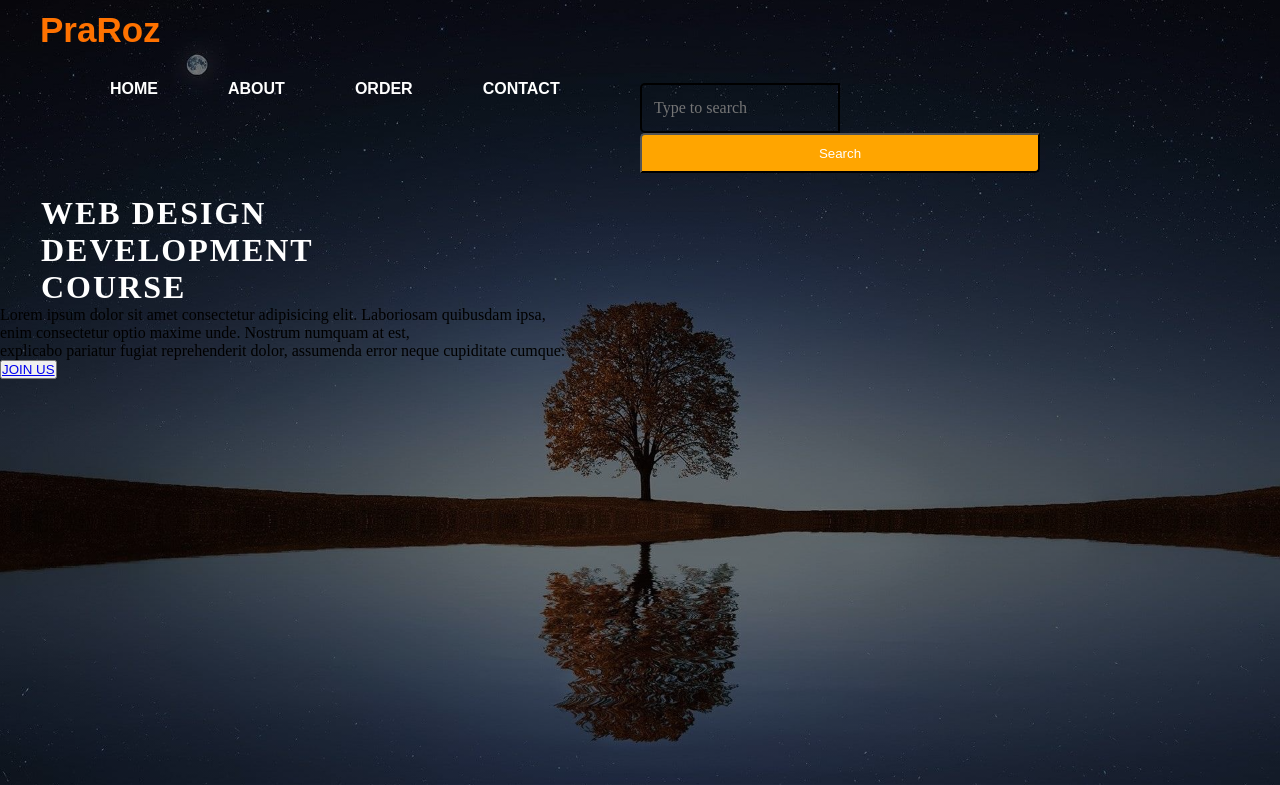
Repository: Cedrqmwesigwa/web-design-course
Page: index.html
The author's editor kept a copy of each file at every save. The page is drawn from the files as they stood at one save, then again after a run of saves.
The browser window is 1280 px wide. The pictures show the whole page.

Above is the page before, as saved 2024-04-03 20:32:00.

### index.html
<!DOCTYPE html>
<html lang="en">
<head>
    <title>Web development html</title>
    <link rel="stylesheet" href="style.css"/>
</head>
<body>
    <div class="main">
        <div class="navbar">

            <div class="icon">
                <h2 class="logo">PraRoz</h2>
            </div>

            <div class="menu">
                <ul>
                    <li><a href="#">HOME</a></li>
                    <li><a href="#">ABOUT</a></li>
                    <li><a href="#">ORDER</a></li>
                    <li><a href="#">CONTACT</a></li>
                </ul>
            </div>

            <div class="search">
                <input type="search" class="srch" name="" placeholder="Type to search">
                <a href="#"><button class="btn">Search</button></a>
            </div>

        </div>

        <div class="content">
            <h1>WEB DESIGN <br>
            <span>DEVELOPMENT</span>
            <br>COURSE</h1>
        </div>

        <p class="par">Lorem ipsum dolor sit amet consectetur adipisicing elit. Laboriosam quibusdam ipsa,<br>
            enim consectetur optio maxime unde. Nostrum numquam at est,
            <br>explicabo pariatur fugiat reprehenderit dolor, assumenda error neque cupiditate cumque.
        </p>


        <button class="cn">
            <a href="#">JOIN US</a>
        </button>
    </div>


</body>
</html>

### style.css
*{
    margin: 0;
    padding: 0;
}

.main{
    width: 100% ;
    background: linear-gradient(to top, rgba(0,0,0,0.5)50%, rgba(0, 0, 0, 0.5)50%), url(1.jpg);
    background-position: center;
    background-size: cover;
    height: 109vh;
}

.navbar{
    width: 1200px;
    height: 75px;
    margin:  auto;
}

.icon{
    width: 200px;
    font: left;
    height: 70px;
}

.logo {
    color: #ff7200;
    font-size: 35px;
    font-family: Arial;
    float: left;
    padding-top: 10px;
}

.menu{
    width: 400px;
    float: left;
    height: 70px;
}

ul{
    float: left;
    display: flex;
    justify-content: center;
    align-items: center;
}

ul li{
    list-style: none;
    margin-left: 70px;
    margin-top: 10px;
    font-size: 16px;
}

ul li a{
    text-decoration: none;
    color: white;
    font-family: Arial;
    font-weight: bold;
    transition: .4 ease-in-out;
}

ul li a:hover{
    color:#ff7200
}

.search{
    width: 400px;
    float: left;
    margin-left: 200px;
}

.srch{
    font-family: "Times New Roman";
    width: 200px;
    height: 50px;
    padding: 3%;
    background: transparent;
    border-top: 5px;
    border-bottom-left-radius: 5px;
    border-top-left-radius: 5px;
    font-size: 16px;
    color: white;
    margin-top:13px;
    border: 2px solid  #000;
}

.btn{
    width:100%;
    height: 40px;
    background: orange;
    color: white;
    border-bottom-right-radius: 5px;
    border-top-left-radius: 5px;
}

.btn:focus{
    outline: none;
}
.srch:focus{
    outline:none;
}

.content{
    width: 1200px;
    height: auto;
    margin: auto;
    color: white;
    position: relative
}
.content.par{
    padding-left: 20px;
    padding-bottom: 20px;
    font-family: Arial;
    letter-spacing: 1.2px;
    line-height: 30px;
}

.content h1{
    font-family: 'Times New Roman', Times, serif;
    size: 50px;
    padding-left: 1px;
    margin-top: 10%;
    letter-spacing: 2px;
}

After the next 2 saves:
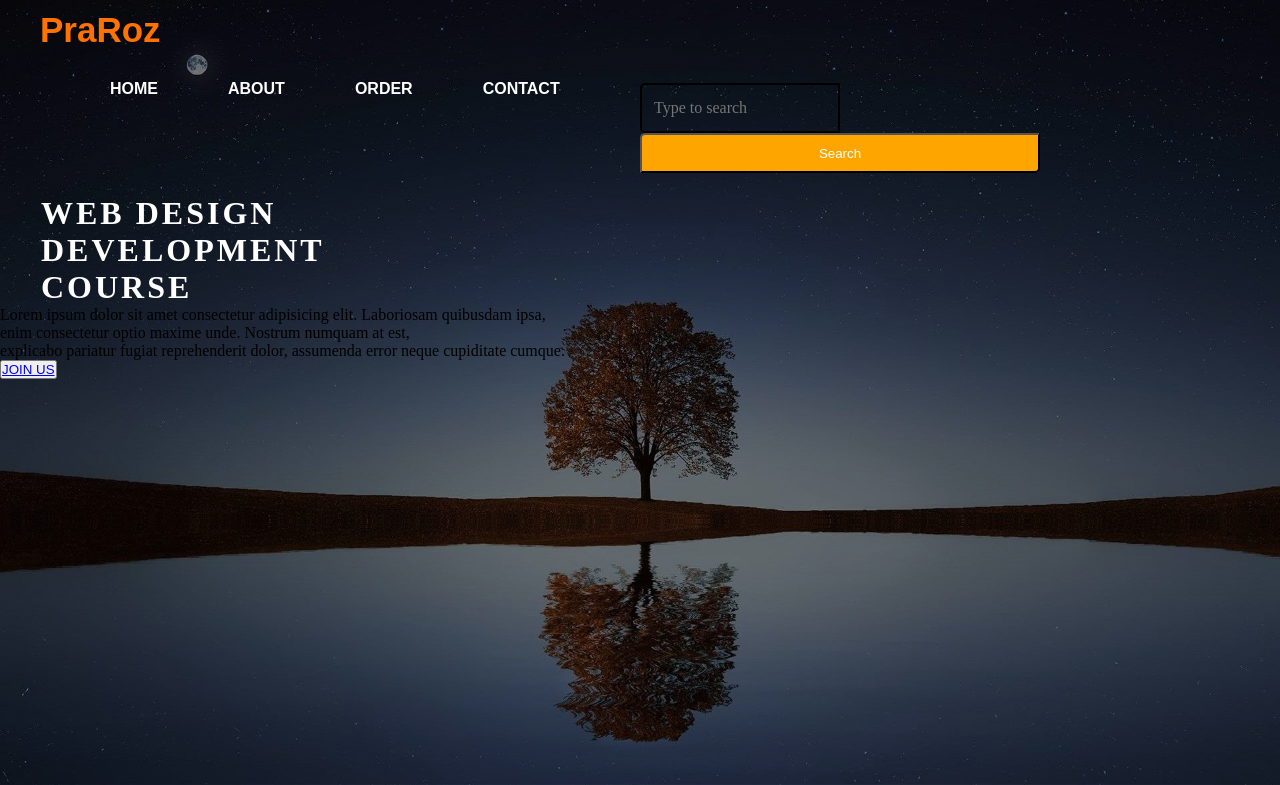
The 2 saves are shown as one change because they came seconds apart.
The last was saved 15 s later.
--- a/style.css
+++ b/style.css
@@ -120,5 +120,5 @@ ul li a:hover{
     size: 50px;
     padding-left: 1px;
     margin-top: 10%;
-    letter-spacing: 2px;
+    letter-spacing: 3px;
 }
